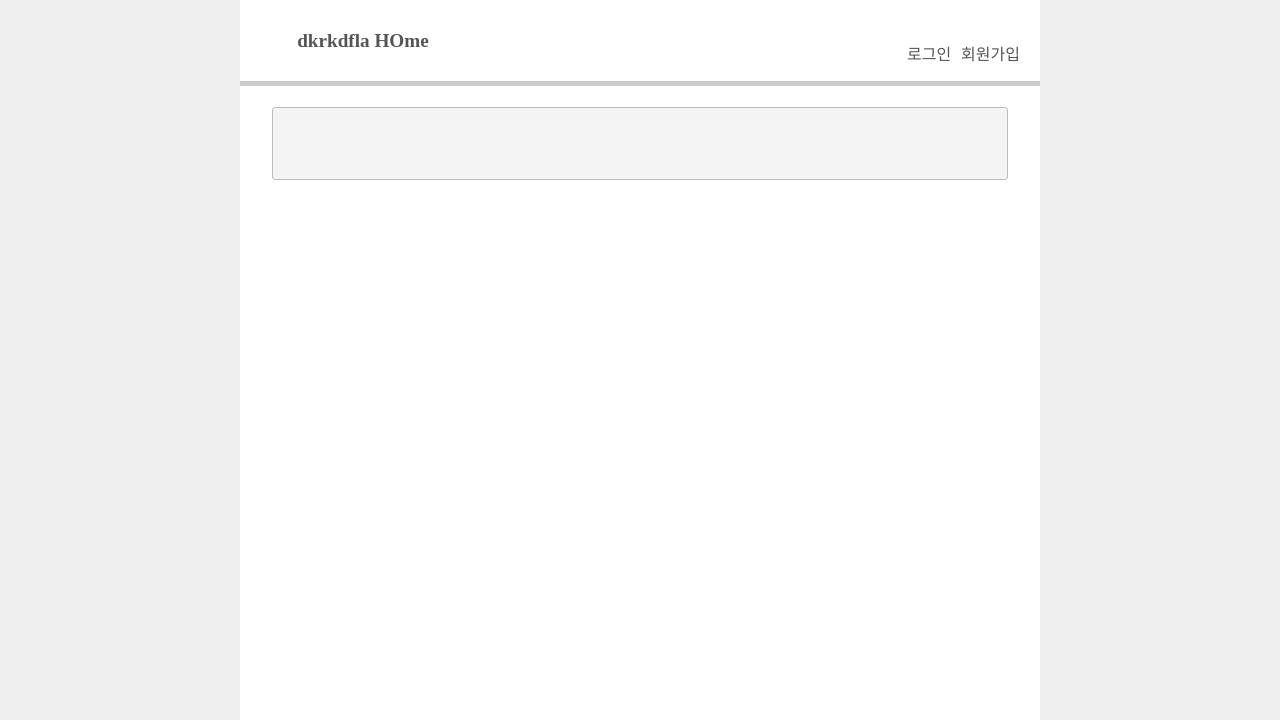
Repository: Dusajang/JSPClass
Page: http://localhost/jspPro/days09/ex10_emp_json.jsp
The author's editor kept a copy of each file at every save. The page is drawn from the files as they stood at one save, then again after the next save.
The browser window is 1280 px wide. The pictures show the whole page.
Some web fonts or font styles are not loaded; a fallback is used. The page is served by Tomcat 9. Other server files are loaded and not shown.

Above is the page before, as saved 2024-10-25 07:21:45.

### jspPro/src/main/webapp/days09/ex10_emp_json.jsp
<%@ page contentType="text/html; charset=UTF-8" pageEncoding="UTF-8"%>
<%@ page trimDirectiveWhitespaces="true" %>
<%@ taglib prefix="c" uri="http://java.sun.com/jsp/jstl/core" %>
<!DOCTYPE html>
<html>
<head>
<meta charset="UTF-8">
<title>Insert title here</title>
<link rel="shortcut icon" type="image/x-icon" href="http://localhost/jspPro/images/SiSt.ico">
<script src="https://ajax.googleapis.com/ajax/libs/jquery/3.7.1/jquery.min.js"></script>
<meta name="viewport" content="width=device-width, initial-scale=1.0">
<meta name="google" content="notranslate">
<link rel="stylesheet" href="http://localhost/jspPro/resources/cdn-main/example.css">
<script src="http://localhost/jspPro/resources/cdn-main/example.js"></script>
<style>
 span.material-symbols-outlined{
    vertical-align: text-bottom;
 }
</style>
</head>
<body>
<header>
  <h1 class="main"><a href="#" style="position: absolute;top:30px;">dkrkdfla HOme</a></h1>
  <ul>
    <li><a href="#">로그인</a></li>
    <li><a href="#">회원가입</a></li>
  </ul>
</header>
<div>
  <xmp class="code">

  </xmp>
</div>
</body>
</html>

### jspPro/src/main/webapp/resources/cdn-main/example.css
@charset "UTF-8";

@import url('https://fonts.googleapis.com/css2?family=Material+Symbols+Outlined:opsz,wght,FILL,GRAD@20..48,100..700,0..1,-50..200');

@font-face {
    font-family: 'GmarketSansMedium';
    src: url('https://cdn.jsdelivr.net/gh/projectnoonnu/noonfonts_2001@1.1/GmarketSansMedium.woff') format('woff');
    font-weight: normal;
    font-style: normal;
}

:root {
	--text-color: #555;
	--sub-text-color: #777;
	--back-color: #EFEFEF;
	--header-color: #444;
	--primary-color: #DEDEDE;
	--secondary-color: #EFEFEF;
	--default-width: 800px;
	--narrow-width: 500px;
	--wide-width: 1200px;
	--text-font: 'GmarketSansMedium';
	--icon-font: 'Material Symbols Outlined';
	--border-color: #CCC;
}

html, body {
	margin: 0;
	padding: 0;
}

html {
	background-color: var(--back-color);
	display: flex;
	justify-content: center;
	min-height: 100vh;
}

body, body.default {
	width: var(--default-width);
	background-color: white;
	padding-bottom: 120px;
}

body.wide {
	width: var(--wide-width);
}

body.narrow {
	width: var(--narrow-width);
}



body, p, div, span, a, input, select, option, textarea, button, table, th, td, label, fieldset, legend {
	font-family: var(--text-font);
	color: var(--text-color);
}

h1, h2, h3 {
	font-family: var(--text-font);
	color: var(--header-color);
	padding: 0 1rem;
	padding-top: .5rem;
}

div > h1, div > h2, div > h3 {
	padding: 0;
}

body > div, body > main > div {
	padding: 0.3rem 1rem;
}


h1 { font-size: 2rem; border-bottom: 1px solid var(--border-color); }
h1 small { font-size: 1.2rem; color: var(--sub-text-color); }
h2 { font-size: 1.5rem; border-bottom: 1px dashed var(--border-color); }
h2 small { font-size: 1.1rem; color: --sub-text-color; }
h3 { font-size: 1.2rem; }
h3 small { font-size: 1rem; color: --sub-text-color; }



h1.main::before {
	font-family: var(--icon-font);
  	content: '\e666';
  	margin-right: 10px;
  	float: left;
	font-size: 2.5rem;
}

h1.sub::before {
	font-family: var(--icon-font);
  	content: '\ea19';
  	margin-right: 10px;
  	float: left;
	font-size: 2.5rem;
}


h1.page::before {
	font-family: var(--icon-font);
  	content: '\e0e0';
  	margin-right: 10px;
  	float: left;
	font-size: 2.5rem;
}

body > header > ul > li > .active{
	background-color: #FFF;
	color:#F00;
}

body > header {
	display: flex;
	justify-content: space-between;
	border-bottom: 5px solid var(--border-color);
	min-height: 74px;
	background-color: #FFF;
}

body > header.sticky {
	position: sticky;
	top: 0;
	z-index: 98;
}

body > header > h1 {
	font-size: 1.2rem;
	border: 0;
}

body > header.in > h1::before {
	font-family: var(--icon-font);
  	content: '\e332‥';
  	margin-right: 3px;
  	float: left;
	font-size: 2rem;
}


body > header > ul {
	list-style-type: none;
	display: flex;
	align-items: flex-end;
	margin-right: 10px;
}

body > header > ul > li {
	margin-right: 10px;
	cursor: pointer;
}

body > header > ul > li > a {
	cursor: pointer;
}


form {
	display: block;
}

form > div {
	padding: 0.3rem 1rem;
}

div > form > div {
	padding: 0.3rem 0;
}

input, textarea, button, select {
	border: 1px solid #BBB;
	border-radius: 3px;
	outline: none;
	resize: none;
	padding: 7px;
	margin: 0;
}

input[type=text]:read-only, textarea:read-only {
	cursor: not-allowed;
	background-color: #FFF;
}

input[type=text]:disabled, textarea:disabled {
	cursor: not-allowed;
	background-color: #EEE;
}

input[type=text], input[type=password], textarea, button, select {
	/* width: 300px; */
}

textarea {
	display: block;
	height: 100px;
}

input[type=button], input[type=submit], button {
	/* width: inherit; */
}

input.short, textarea.short, button.short, select.short {
	width: 100px;
}

input.long, textarea.long, button.long, select.long {
	width: 350px;
}

.narrow input.long, .narrow textarea.long, .narrow button.long, .narrow select.long {
	width: calc(100% - 20px);
}

input.full, textarea.full, button.full, select.full {
	width: calc(100% - 20px);
}

textarea.short {
	height: 50px;
}

textarea.long {
	height: 100px;
}

textarea.full {
	height: 200px;
}

input, textarea {
	padding-top: 8px;
}

input[type=button], input[type=submit], button {
	padding: 5px 10px;
	background-color: var(--secondary-color);
	cursor: pointer;
	min-height: 36px;
}

input[type=button].primary, input[type=submit].primary, button.primary {
	/* background-color: rgba(100, 149, 237, .2); */
	background-color: var(--primary-color);
}

input[type=button].primary:hover, input[type=submit].primary:hover, button.primary:hover {
	/* background-color: rgba(100, 149, 237, .3); */
	background-color: var(--secondary-color);
}

input[type=button]:hover, input[type=submit]:hover, button:hover {
	background-color: var(--primary-color);
}

button {
	position: relative;
	left: 0;
	top: 0;
	padding-left: 35px;
}

button .material-symbols-outlined {
	position: absolute;
	left: 10px;
	top: 4px;
}

/* k2nik add */
button.login::before {
	font-family: var(--icon-font);
  	content: '\ea77';
	position: absolute;
	left: 11px;
	top: 4px;
	font-size: 1.25rem;
}

/* k2nik logout */
button.logout::before {
	font-family: var(--icon-font);
  	content: '\e9ba';
	position: absolute;
	left: 11px;
	top: 4px;
	font-size: 1.25rem;
}

/* k2nik help */
button.help::before {
	font-family: var(--icon-font);
  	content: '\f1c0';
	position: absolute;
	left: 11px;
	top: 4px;
	font-size: 1.25rem;
}

button.add::before{
	font-family: var(--icon-font);
  	content: '\e746';
	position: absolute;
	left: 11px;
	top: 4px;
	font-size: 1.25rem;
}

button.back::before {
	font-family: var(--icon-font);
  	content: '\e166';
	position: absolute;
	left: 11px;
	top: 4px;
	font-size: 1.25rem;
}

button.list::before {
	font-family: var(--icon-font);
  	content: '\e0ee';
	position: absolute;
	left: 11px;
	top: 4px;
	font-size: 1.25rem;
}


button.del::before {
	font-family: var(--icon-font);
  	content: '\e872';
	position: absolute;
	left: 11px;
	top: 4px;
	font-size: 1.25rem;
}


button.edit::before {
	font-family: var(--icon-font);
  	content: '\e745';
	position: absolute;
	left: 11px;
	top: 4px;
	font-size: 1.25rem;
}


button.login::before {
	font-family: var(--icon-font);
  	content: '\ea77';
	position: absolute;
	left: 11px;
	top: 4px;
	font-size: 1.25rem;
}


button.logout::before {
	font-family: var(--icon-font);
  	content: '\e9ba';
	position: absolute;
	left: 11px;
	top: 4px;
	font-size: 1.25rem;
}


button.in::before {
	font-family: var(--icon-font);
  	content: '\f71a';
	position: absolute;
	left: 11px;
	top: 4px;
	font-size: 1.25rem;
}


button.out::before {
	font-family: var(--icon-font);
  	content: '\f70e';
	position: absolute;
	left: 11px;
	top: 4px;
	font-size: 1.25rem;
}


button.reply::before {
	font-family: var(--icon-font);
  	content: '\e15e';
	position: absolute;
	left: 11px;
	top: 4px;
	font-size: 1.25rem;
}


button.comment::before {
	font-family: var(--icon-font);
  	content: '\e0b9';
	position: absolute;
	left: 11px;
	top: 4px;
	font-size: 1.25rem;
}


button.modal::before {
	font-family: var(--icon-font);
  	content: '\e89e';
	position: absolute;
	left: 11px;
	top: 4px;
	font-size: 1.25rem;
}


button.ok::before {
	font-family: var(--icon-font);
  	content: '\e86c';
	position: absolute;
	left: 11px;
	top: 4px;
	font-size: 1.25rem;
}


button.cancel::before {
	font-family: var(--icon-font);
  	content: '\e5c9';
	position: absolute;
	left: 11px;
	top: 4px;
	font-size: 1.25rem;
}

button.search::before {
	font-family: var(--icon-font);
  	content: '\e8b6';
	position: absolute;
	left: 11px;
	top: 4px;
	font-size: 1.25rem;
}

button.home::before {
	font-family: var(--icon-font);
  	content: '\e88a';
	position: absolute;
	left: 11px;
	top: 4px;
	font-size: 1.25rem;
}


button.sidebar::before {
	font-family: var(--icon-font);
  	content: '\f7e4';
	position: absolute;
	left: 11px;
	top: 4px;
	font-size: 1.25rem;
}


button.sidebar-right::before {
	font-family: var(--icon-font);
  	content: '\f7e5';
	position: absolute;
	left: 11px;
	top: 4px;
	font-size: 1.25rem;
}




button::before {
	font-family: var(--icon-font);
  	content: '\e323';
	position: absolute;
	left: 11px;
	top: 4px;
	font-size: 1.25rem;
}


table {
	border-collapse: collapse;
	margin: 1rem;
	box-sizing: border-box;
	width: calc(100% - 32px);
}

table.content {
	width: auto;
}

div > table {
	margin: 0;
}

table th, table td {
	border: 1px solid var(--border-color);
	padding: 7px;
	font-weight: normal;
}

table th {
	background-color: var(--back-color);
}

table.vertical th {
	width: 150px;
}

table.vertical td {
	width: calc(100% - 182px);
	padding-left: 10px;
}

table.content td, table.content th {
	width: auto;
}

body.narrow table.vertical th {
	width: 100px;
}

body.narrow table.vertical td {
	width: calc(100% - 182px);
}


table + table {
	margin-top: 30px;
}


p {
	padding: 0 1rem;
}

a {
	text-decoration: none;
}

a:hover {
	color: rgba(255, 99, 71, .7);
}

hr {
	border: 0;
	border-top: 1px solid var(--border-color);
	margin: 2rem 0;
}

.message {
	border: 1px solid var(--border-color);
	background-color: #EFEFEF;
	margin: 1rem;
	width: auto;
	padding-top: 10px;
	padding-bottom: 10px;
	font-size: 14px;
}

.message[title]::before {
	content: attr(title);
	display: block;
	border-bottom: 1px solid var(--border-color);
	padding-bottom: 5px;
	margin-bottom: 10px;
	margin-top: 7px;
}

.message.short {
	max-width: 250px;
}

.message.long {
	max-width: 500px;
}

.badge {
	float: right;
	font-size: .8rem;
	margin-top: 2px;
	margin-right: 2px;
	text-shadow: 0 0 7px gray;
}

.badge.left {
	float: none;
	margin-left: 2px;
}

.badge.right {
	float: right;
}

.badge.red {
	border-radius: 50%;
	padding: 2px 5px;
	background-color: rgb(255, 99, 71, .3);
}

.badge.yellow {

	border-radius: 50%;
	padding: 2px 5px;
	background-color: rgb(255, 215, 0, .5);
}

.badge.blue {
	border-radius: 50%;
	padding: 2px 5px;
	background-color: rgb(100, 149, 237, .3);
}

label + label {
	margin-left: 7px;
}

label input[type=checkbox], label input[type=radio] {
	transform: translate(0, 1px);
}

.group {
	display: flex;
}

.modal-content .group {
	margin-bottom: .5rem;
}

.group label {
	border: 1px solid #BBB;
	border-radius: 3px;
	outline: none;
	resize: none;
	padding: 7px 14px;
	margin: 0;
	border-top-right-radius: 0;
	border-bottom-right-radius: 0;
	background-color: #EFEFEF;
	white-space: nowrap;
	font-size: 14px;
}

.group input[type=text] {
	margin-left: -1px;
	border-top-left-radius: 0;
	border-bottom-left-radius: 0;
}

.group select {
	margin-left: -1px;
	border-top-left-radius: 0;
	border-bottom-left-radius: 0;
}

.group input.full[type=text] {
	margin-left: -1px;
	border-top-left-radius: 0;
	border-bottom-left-radius: 0;
	width: 100%;
}

.group input[type=button]:first-child, .group button:first-child {
	border-top-left-radius: 3px;
	border-bottom-left-radius: 3px;
	margin-left: 0px;
}

.group input[type=button], .group button {
	border-radius: 0;
	margin-left: -1px;
}

.group input[type=button]:last-child, .group button:last-child {
	margin-left: -1px;
	border-top-right-radius: 3px;
	border-bottom-right-radius: 3px;
}

.seperate {
	display: flex;
	justify-content: space-between;
}

div.list {
	width: max-content;
	margin: 1rem;
	border: 1px solid #BBB;
	border-radius: 3px;
	padding: 0;
}

div.list.full {
	width: auto;
	display: block;
	margin: 1rem;
	border: 1px solid #BBB;
	border-radius: 3px;
	padding: 0;
}

div.list > div {
	padding: .5rem 1rem;
	margin: 0;
	border-bottom: 1px solid #BBB;
}

div.list > div:last-child {
	border-bottom: 0;
}

pre.code , xmp.code{
	font-family: consols;
	background-color: rgba(150, 150, 150, .1);
	border: 1px solid #BBB;
	border-radius: 3px;
	padding: .5rem 1rem;
	padding-bottom: .6rem;
	margin: 1rem;
}




*[data-modal-window] {
	position: fixed;
	background-color: rgba(0, 0, 0, .3);
	left: 0;
	top: 0;
	display: none;
	justify-content: center;
	align-items: flex-start;
	width: 100%;
	min-height: 100vh;
	z-index: 100;
	opacity: 0;
	transition: 500ms all;
}

*[data-modal-window] .modal-container {
	border-radius: 5px;
	padding: 1rem;
	padding-bottom: .5rem;
	margin-top: -500px;
	opacity: 0;
	width: 500px;
	background-color: #FFF;
	margin-right: 2rem;
	transition: 500ms all;
}

*[data-modal-size=content] .modal-container {
	width: auto;
}

*[data-modal-size=narrow] .modal-container {
	width: 300px;
}

*[data-modal-size=wide] .modal-container {
	width: 760px;
}


*[data-modal-window] .modal-header {
	border-bottom: 1px solid var(--border-color);
	padding: 2px 5px;
}

*[data-modal-window] .modal-content {
	padding: 1rem 5px;
}

*[data-modal-window] .modal-content div:last-child {
	margin-top: 1rem;
	text-align: right;
}



*[data-sidebar-window] {
	position: fixed;
	background-color: #FFF;
	left: 0;
	top: 0;
	display: block;
	width: 300px;
	border-right: 1px solid var(--border-color);
	box-sizing: border-box;
	box-shadow: 0 0 3px var(--back-color);
	min-height: 100vh;
	z-index: 99;
	transform: translate(-300px, 0);
	transition-duration: 500ms;
	transition-property: transform;
}

*[data-sidebar-direction=right] {
	left: auto;
	right: 0;
	transform: translate(300px, 0);
	border-left: 1px solid var(--border-color);
}

*[data-sidebar-size=wide] {
	width: 500px;
	transform: translate(-500px, 0);
}

*[data-sidebar-window] .sidebar-title {
	border-bottom: 1px solid var(--border-color);
	margin-top: 20px;
	margin-bottom: 20px;
	padding-bottom: 5px;
	display: flex;
	justify-content: space-between;
}

*[data-sidebar-window] .sidebar-title span:last-child {
	cursor: pointer;
}


/* K2Nik pagination */
.center {
  text-align: center;
}

.pagination {
  display: inline-block;
}

.pagination a {
  color: black;
  float: left;
  padding: 3px 6px;
  text-decoration: none;
  transition: background-color .3s;
  border: 1px solid #ddd;
  margin: 0 3px;
}

.pagination a.active {
  background-color: #4CAF50;
  color: white;
  border: 1px solid #4CAF50;
}

.pagination a:hover:not(.active) {background-color: #ddd;}

### jspPro/src/main/webapp/resources/cdn-main/example.js

window.onload = () => {

    const list = document.querySelectorAll('input, textarea');

    list.forEach(item => {
        item.setAttribute('autocomplete', 'off');
    });


    const modal_btn_list = document.querySelectorAll('*[data-modal-button]');

    modal_btn_list.forEach(item => {
        item.onclick = function() {

            const name = this.dataset['modalButton'];
            const modal_window = document.querySelector('*[data-modal-window=' + name);

            const container = document.createElement('div');
            container.className = 'modal-container';



            const modal_header = document.createElement('div');
            modal_header.textContent = modal_window.dataset['modalTitle'];
            modal_header.className = 'modal-header';
            container.appendChild(modal_header);

            const modal_content = document.createElement('div');
            modal_content.className = 'modal-content';
            container.appendChild(modal_content);

            Array.from(modal_window.childNodes).forEach(item => {
                modal_content.appendChild(item);
            });

            modal_window.appendChild(container);

            modal_window.style.display = 'flex';

            setTimeout(() => {
                modal_window.style.opacity = 1;
                container.style.marginTop = '20px';
                container.style.opacity = 1;
            }, 50);


            const modal_ok = document.querySelector('*[data-modal-ok=' + name);
            modal_ok.addEventListener('click', function() {
                modal_window.style.opacity = 0;
                container.style.marginTop = '-500px';
                container.style.opacity = 0;

                setTimeout(() => {
                    modal_window.innerHTML = modal_content.innerHTML;
                    modal_window.style.display = 'none';
                }, 500);

            });

            const modal_cancel = document.querySelector('*[data-modal-cancel=' + name);
            modal_cancel.addEventListener('click', function() {

                modal_window.style.opacity = 0;
                container.style.marginTop = '-500px';
                container.style.opacity = 0;

                setTimeout(() => {
                    modal_window.innerHTML = modal_content.innerHTML;
                    modal_window.style.display = 'none';
                }, 500);
            });


        };
    });


    const sidebar_btn_list = document.querySelectorAll('*[data-sidebar-button]');

    sidebar_btn_list.forEach(item => {
        item.onclick = function() {



            const name = this.dataset['sidebarButton'];
            const sidebar_window = document.querySelector('*[data-sidebar-window=' + name);

            if (sidebar_window.style.transform == 'translate(0px, 0px)') return;



            sidebar_window.style.transform = 'translate(0, 0)';

            const sidebar_title = document.createElement('div');
            sidebar_title.className = 'sidebar-title';
            sidebar_title.innerHTML = '<span>' + sidebar_window.dataset['sidebarTitle'] + '</span><span class="material-symbols-outlined">close</span>';

            sidebar_title.children[1].onclick = function() {

                let sign = 1;
                let distance = 300;

                if (sidebar_window.dataset['sidebarDirection'] != 'right') {
                    sign = -1;
                } else {
                    sign = 1;
                }

                if (sidebar_window.dataset['sidebarSize'] != 'wide') {
                    distance = 300;
                } else {
                    distance = 500;
                }

                distance *= sign;

                sidebar_window.style.transform = 'translate(' + distance + 'px, 0)';

                setTimeout(function() {
                    sidebar_window.removeChild(sidebar_window.children[0]);
                }, 500);
            };


            sidebar_window.prepend(sidebar_title);

        }
    });

};

// window.onkeydown = function(event) {

//     if (event.keyCode == 27) {
//         if (document.querySelector('[data-modal-window').style.display == 'flex') {
//             document.querySelector('[data-modal-window').style.display = 'none';
//         }
//     }

// };

After the next save:
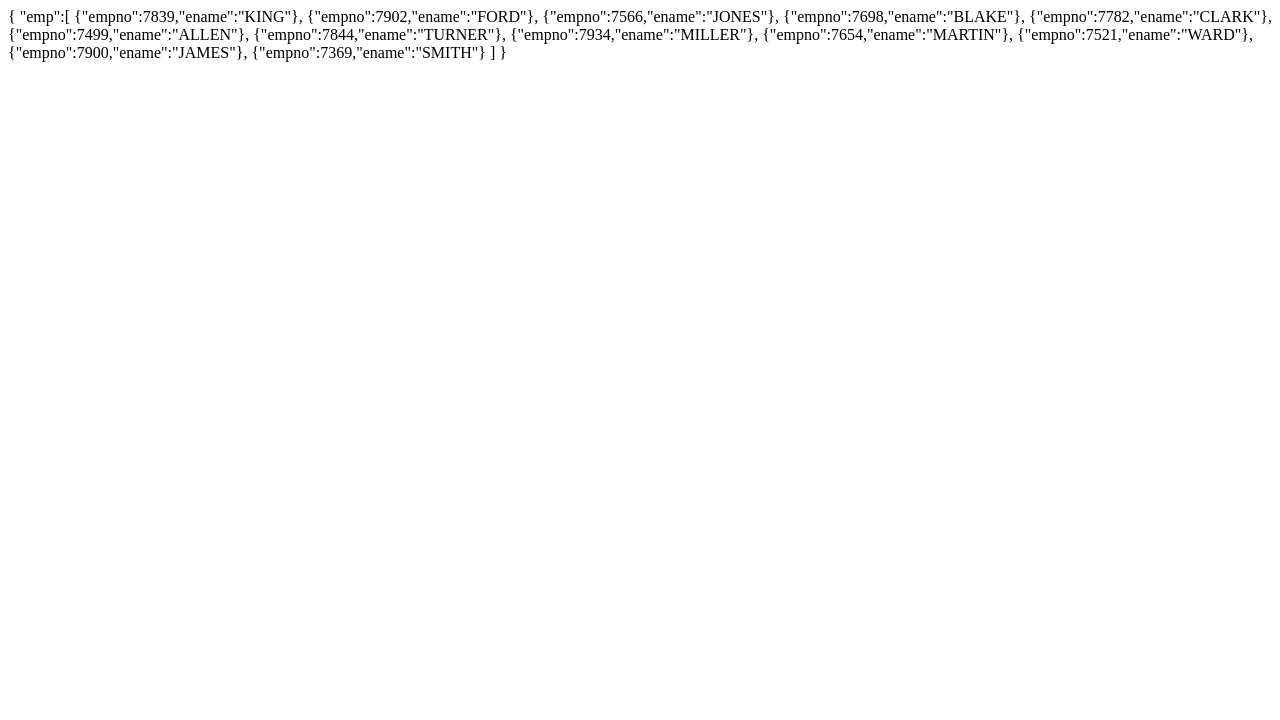
Saved 52 s later.
--- a/jspPro/src/main/webapp/days09/ex10_emp_json.jsp
+++ b/jspPro/src/main/webapp/days09/ex10_emp_json.jsp
@@ -1,35 +1,19 @@
 <%@ page contentType="text/html; charset=UTF-8" pageEncoding="UTF-8"%>
 <%@ page trimDirectiveWhitespaces="true" %>
 <%@ taglib prefix="c" uri="http://java.sun.com/jsp/jstl/core" %>
-<!DOCTYPE html>
-<html>
-<head>
-<meta charset="UTF-8">
-<title>Insert title here</title>
-<link rel="shortcut icon" type="image/x-icon" href="http://localhost/jspPro/images/SiSt.ico">
-<script src="https://ajax.googleapis.com/ajax/libs/jquery/3.7.1/jquery.min.js"></script>
-<meta name="viewport" content="width=device-width, initial-scale=1.0">
-<meta name="google" content="notranslate">
-<link rel="stylesheet" href="http://localhost/jspPro/resources/cdn-main/example.css">
-<script src="http://localhost/jspPro/resources/cdn-main/example.js"></script>
-<style>
- span.material-symbols-outlined{
-    vertical-align: text-bottom;
- }
-</style>
-</head>
-<body>
-<header>
-  <h1 class="main"><a href="#" style="position: absolute;top:30px;">dkrkdfla HOme</a></h1>
-  <ul>
-    <li><a href="#">로그인</a></li>
-    <li><a href="#">회원가입</a></li>
-  </ul>
-</header>
-<div>
-  <xmp class="code">
-
-  </xmp>
-</div>
-</body>
-</html>
+{
+   "emp":[
+            {"empno":7839,"ename":"KING"},
+            {"empno":7902,"ename":"FORD"},
+            {"empno":7566,"ename":"JONES"},
+            {"empno":7698,"ename":"BLAKE"},
+            {"empno":7782,"ename":"CLARK"},
+            {"empno":7499,"ename":"ALLEN"},
+            {"empno":7844,"ename":"TURNER"},
+            {"empno":7934,"ename":"MILLER"},
+            {"empno":7654,"ename":"MARTIN"},
+            {"empno":7521,"ename":"WARD"},
+            {"empno":7900,"ename":"JAMES"},
+            {"empno":7369,"ename":"SMITH"}
+         ]
+}
